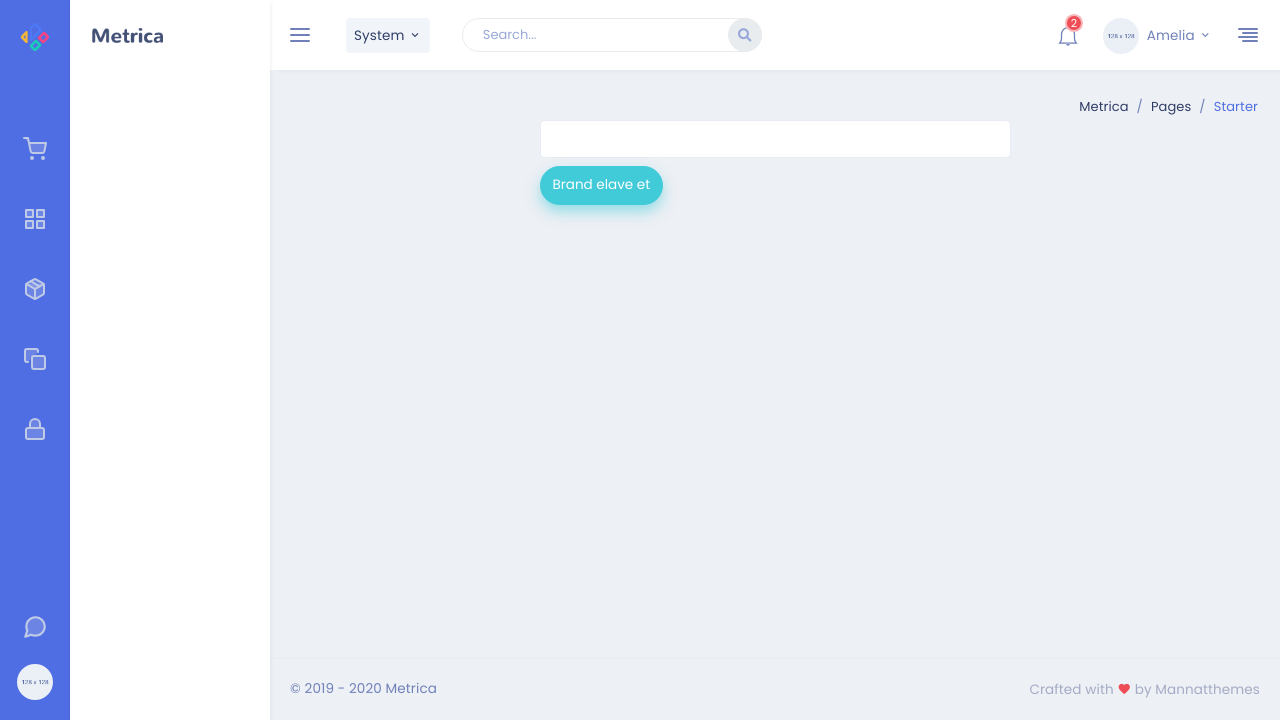
Repository: elvinyeka/Smart-Mobile
Page: http://localhost/addbrand
These files come from the project's save history. The page is drawn as it stood at one moment and after the next save; the edit follows.
The browser window is 1280 px wide. The pictures show the whole page.
The page is served by the project's application, run on Flask 3 (Smart/__init__.py).

Above is the page before, as saved 2020-11-21 12:28:17.

After the next save:
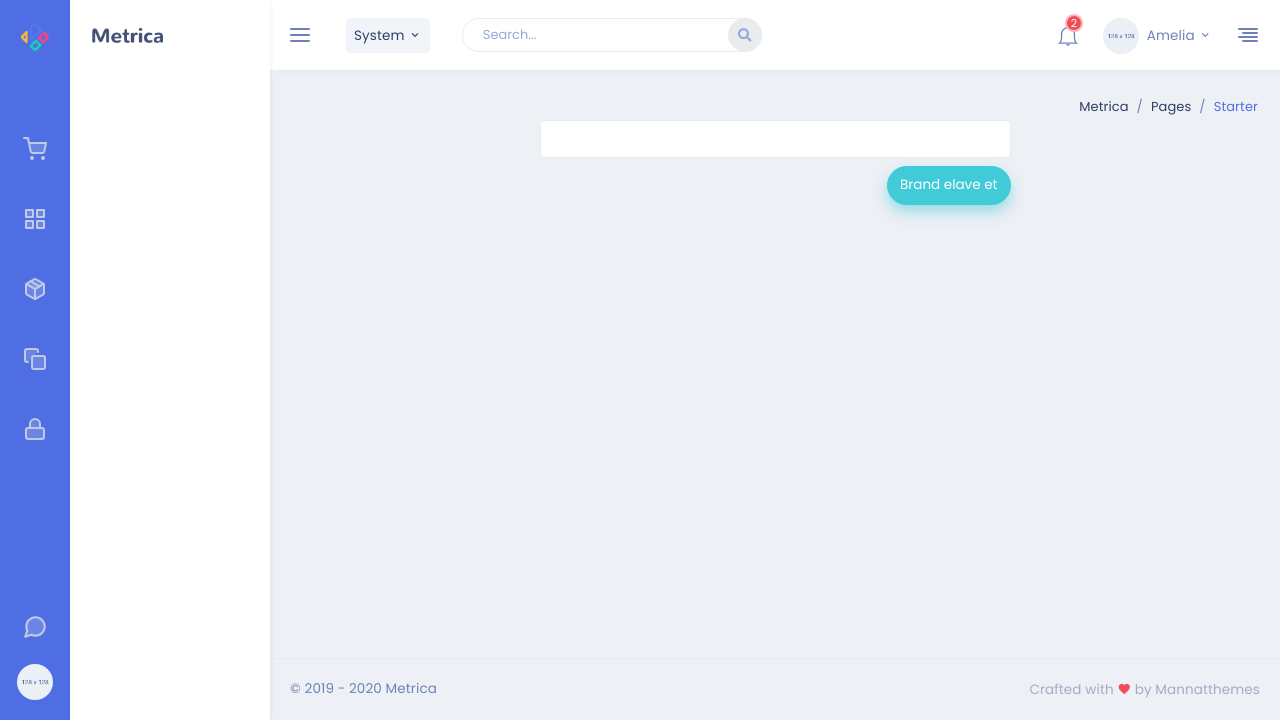
Saved 21 s later.
--- a/Smart/templates/products/addbrand.html
+++ b/Smart/templates/products/addbrand.html
@@ -9,7 +9,7 @@
         <div class="col-md-6">
             <form action="" method="POST">
                 <input type="text" name="brand" class="form-control">
-                <input type="submit" value="Brand elave et" class="btn btn-secondary btn-round waves-effect waves-light mt-2 pull-right" >
+                <input type="submit" value="Brand elave et" class="btn btn-secondary btn-round waves-effect waves-light mt-2 float-right" >
             </form>
         </div>
         <div class="col-md-3"></div>
